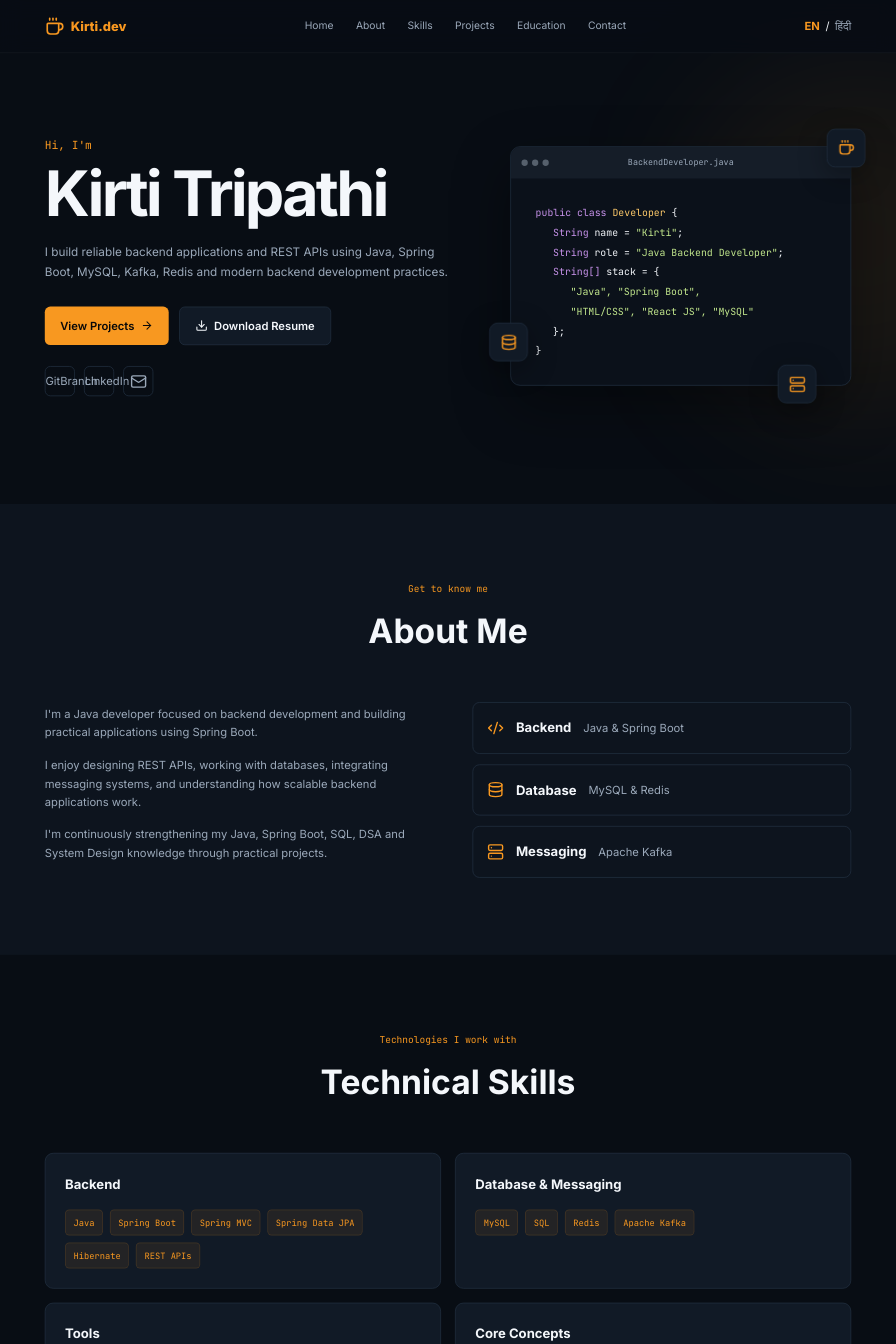
Repository: Rashi-Kirti06/En-Hi-Portfolio
Page: /
The author's editor kept a copy of each file at every save. The page is drawn from the files as they stood at one save, then again after a run of saves.
The browser window is 1280 px wide. The pictures show the part of the page from y = 0 to 1920 px (the page is 4837 px tall), at 70% of full size.
The project was rebuilt for these pictures with package versions that can differ from the ones it lists, and the page was loaded fresh each time. Also part of the build but not shown: vite.config.js.

Above is the page before, as saved 2026-09-06 16:03:14.

After the next 2 saves:
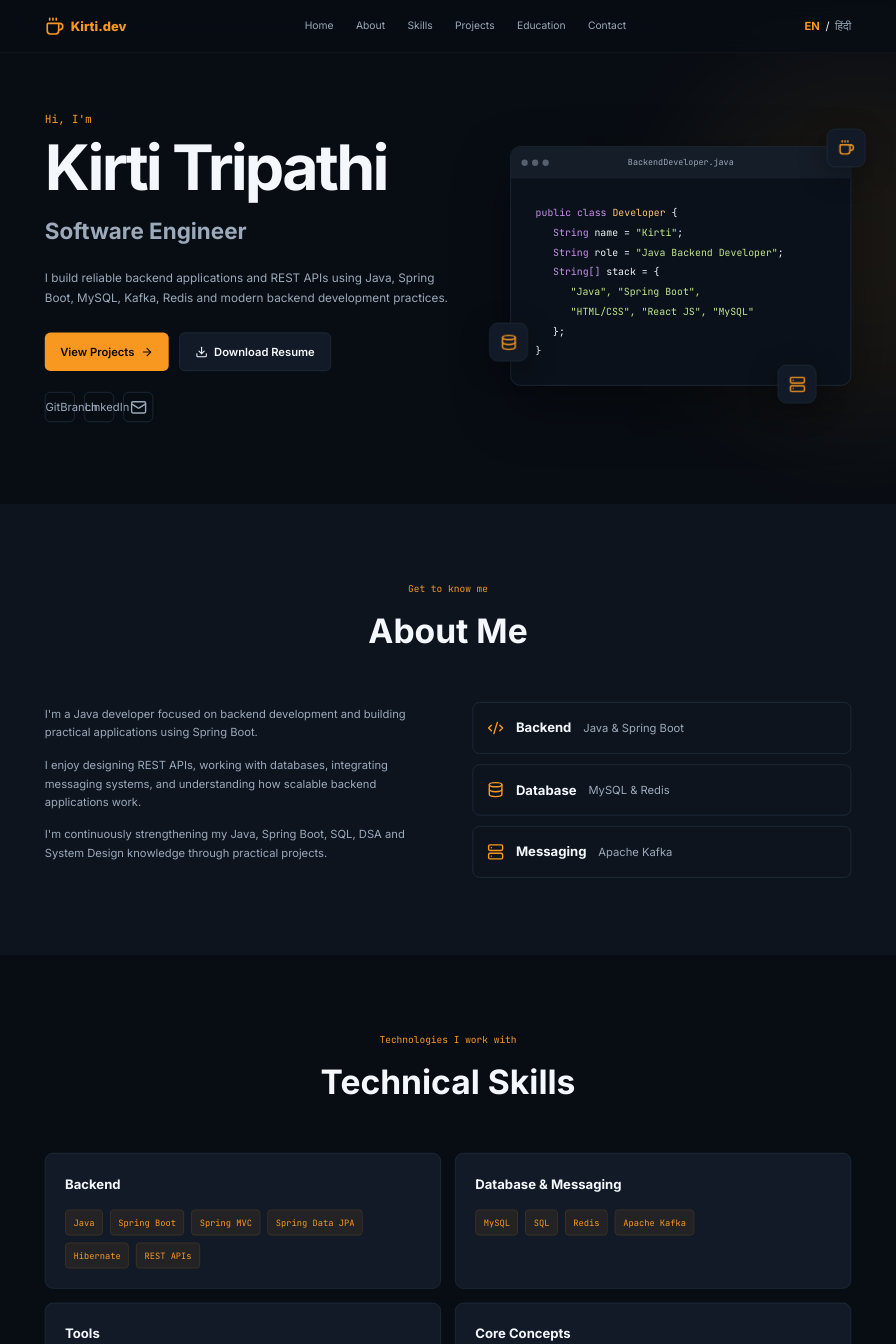
The 2 saves are shown as one change because they came seconds apart.
The last was saved 7 s later.
--- a/src/data/translations.jsx
+++ b/src/data/translations.jsx
@@ -12,7 +12,7 @@ export const translations = {
     hero: {
       greeting: "Hi, I'm",
       name: "Kirti Tripathi",
-      role: "",
+      role: "Software Engineer ",
       description:
         "I build reliable backend applications and REST APIs using Java, Spring Boot, MySQL, Kafka, Redis and modern backend development practices.",
       projectsButton: "View Projects",
